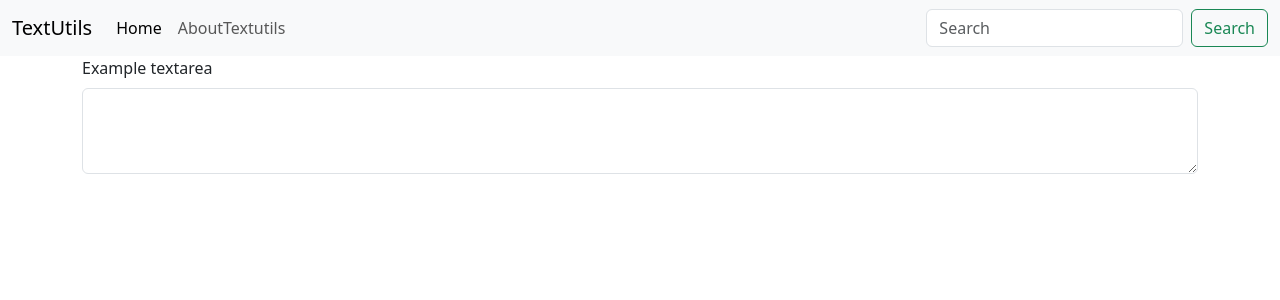
Repository: Rohit-foryou/Text-Utils
Page: /
These files come from the project's save history. The page is drawn as it stood at one moment and after the next save; the edit follows.
The browser window is 1280 px wide. The pictures show the whole page.
The project was rebuilt for these pictures with package versions that can differ from the ones it lists, and the page was loaded fresh each time. Also part of the build but not shown: src/index.css, src/App.css.

Above is the page before, as saved 2023-12-20 20:38:13.

### public/index.html
<!DOCTYPE html>
<html lang="en">
  <head>
    <meta charset="utf-8" />
    <link rel="icon" href="%PUBLIC_URL%/favicon.ico" />
    <meta name="viewport" content="width=device-width, initial-scale=1" />
    <meta name="theme-color" content="#000000" />
    <meta
      name="description"
      content="Web site created using create-react-app"
    />
    <link rel="apple-touch-icon" href="%PUBLIC_URL%/logo192.png" />
    <link rel="manifest" href="%PUBLIC_URL%/manifest.json" />

    <!-- Bootstrap CSS -->
    <link href="https://cdn.jsdelivr.net/npm/bootstrap@5.3.2/dist/css/bootstrap.min.css" rel="stylesheet" integrity="sha384-T3c6CoIi6uLrA9TneNEoa7RxnatzjcDSCmG1MXxSR1GAsXEV/Dwwykc2MPK8M2HN" crossorigin="anonymous">

    <title>React App</title>
  </head>
  <body>
    <noscript>You need to enable JavaScript to run this app.</noscript>
    <div id="root"></div>

    <script src="https://cdn.jsdelivr.net/npm/bootstrap@5.3.2/dist/js/bootstrap.bundle.min.js" integrity="sha384-C6RzsynM9kWDrMNeT87bh95OGNyZPhcTNXj1NW7RuBCsyN/o0jlpcV8Qyq46cDfL" crossorigin="anonymous"></script>
  </body>
</html>

### src/App.js
import "./App.css";
import Navbar from "./components/Navbar";
import TextForm from "./components/TextForm";


function App() {
  return (
    <>
      <Navbar title = "TextUtils" aboutText = "AboutTextutils"/>
      <div className="container">
      <TextForm heading = "enter the text to analyze"/>
      </div>
    </>
  );
}

export default App;

### src/components/Navbar.js
import React from 'react'
import PropTypes from 'prop-types'


export default function Navbar(props) {
  return (
    <nav className="navbar navbar-expand-lg bg-body-tertiary">
        <div className="container-fluid">
          <a className="navbar-brand" href="/">{props.title}</a>
          <button className="navbar-toggler" type="button" data-bs-toggle="collapse" data-bs-target="#navbarSupportedContent" aria-controls="navbarSupportedContent" aria-expanded="false" aria-label="Toggle navigation">
            <span className="navbar-toggler-icon"></span>
          </button>
          <div className="collapse navbar-collapse" id="navbarSupportedContent">
            <ul className="navbar-nav me-auto mb-2 mb-lg-0">
              <li className="nav-item">
                <a className="nav-link active" aria-current="page" href="/">Home</a>
              </li>
              <li className="nav-item">
                <a className="nav-link" href="/">{props.aboutText}</a>
              </li>
            </ul>
            <form className="d-flex" role="search">
              <input className="form-control me-2" type="search" placeholder="Search" aria-label="Search"/>
              <button className="btn btn-outline-success" type="submit">Search</button>
            </form>
          </div>
        </div>
      </nav>
  )
}

Navbar.propTypes = {title: PropTypes.string.isRequired,
                     AboutText: PropTypes.string.isRequired,}

Navbar.defaultProps = {
    title: 'write title',
    aboutText: 'About',
}

### src/components/TextForm.js
import React from 'react'

export default function TextForm() {
  return (
    <div>
        <div className="mb-3">
        <label for="myBox" className="form-label">Example textarea</label>
        <textarea className="form-control" id="myBox" rows="3"></textarea>
        </div>
    </div>
  )
}

Loaded but not shown: src/index.js (common file); src/reportWebVitals.js (common file)

After the next save:
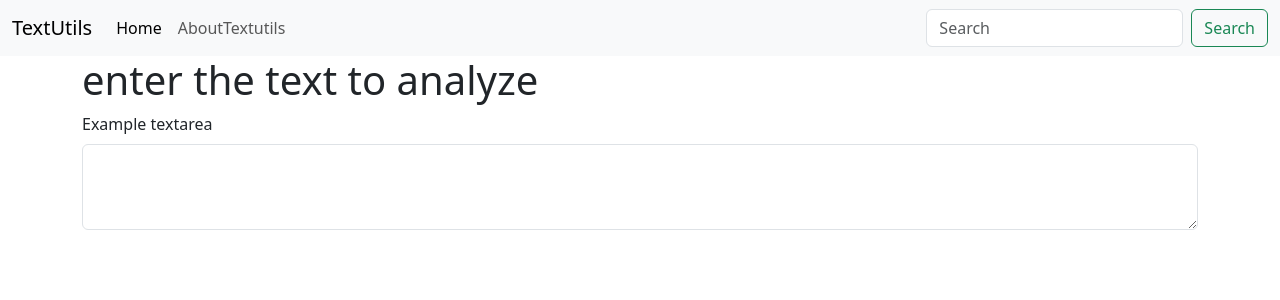
Saved 36 s later.
--- a/src/components/TextForm.js
+++ b/src/components/TextForm.js
@@ -1,8 +1,9 @@
 import React from 'react'
 
-export default function TextForm() {
+export default function TextForm(props) {
   return (
     <div>
+        <h1>{props.heading}</h1>
         <div className="mb-3">
         <label for="myBox" className="form-label">Example textarea</label>
         <textarea className="form-control" id="myBox" rows="3"></textarea>
